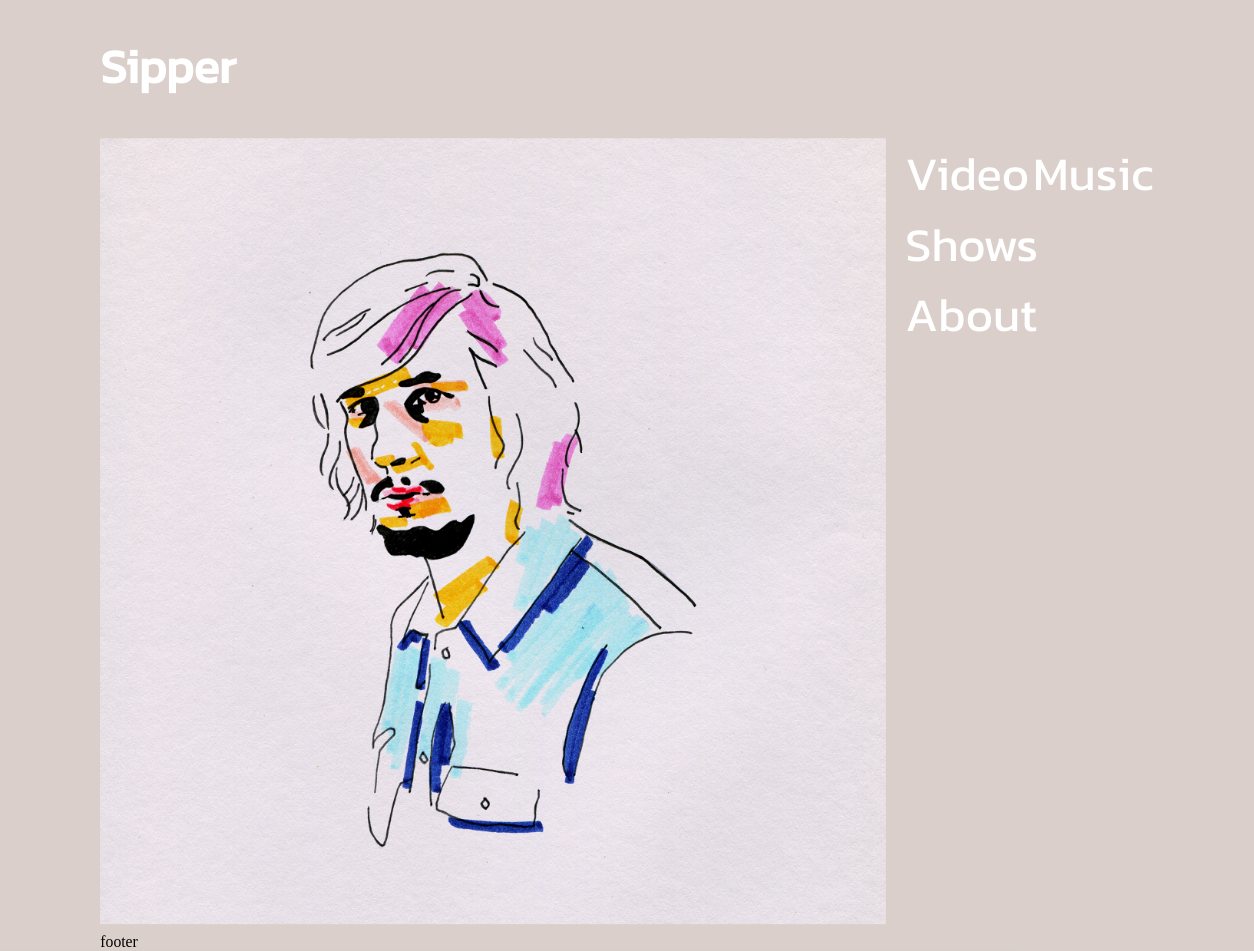
Repository: KrystellBarraza/SipperNYC
Page: home.html
The author's editor kept a copy of each file at every save. The page is drawn from the files as they stood at one save, then again after the next save.
The browser window is 1280 px wide. The pictures show the whole page, at 98% of full size.
Some web libraries are served in a nearby version.

Above is the page before, as saved 2019-08-16 10:26:37.

After the next save:
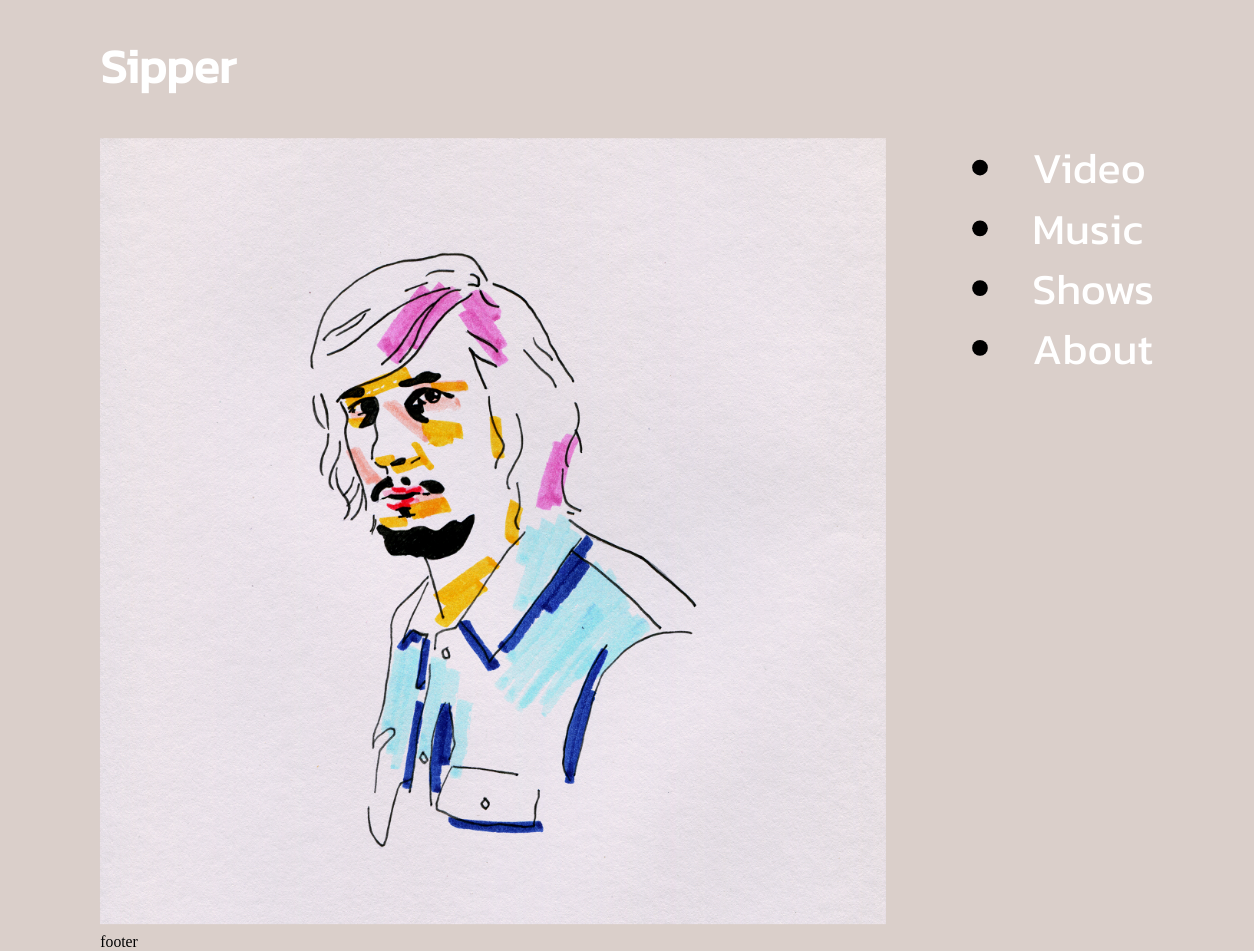
Saved 2 min 53 s later.
--- a/home.html
+++ b/home.html
@@ -42,10 +42,10 @@
             <div class="menu">
                 <div class="flexbox-nav">
                     <nav class="side-Nav">
-                        <a href="#video">Video</a>
-                        <a href="#music">Music</a>
-                        <a href="#shows">Shows</a>
-                        <a href="#about">About</a>
+                        <li><a href="#video">Video</a></li>
+                        <li><a href="#music">Music</a></li>
+                        <li><a href="#shows">Shows</a></li>
+                        <li><a href="#about">About</a></li>
                     </nav>
                 </div>
             </div>

After the save that followed:
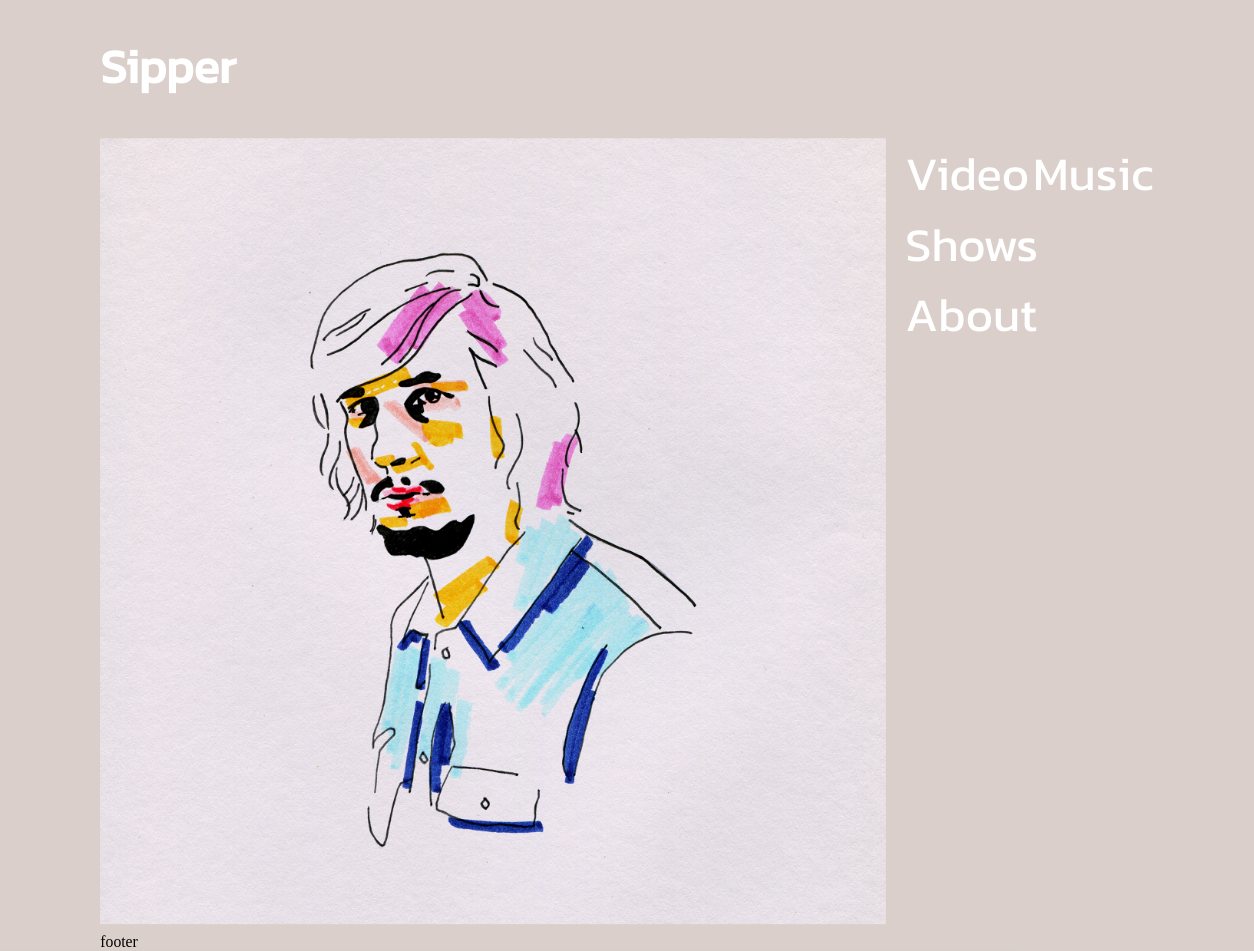
Saved 46 s later.
--- a/home.html
+++ b/home.html
@@ -42,10 +42,10 @@
             <div class="menu">
                 <div class="flexbox-nav">
                     <nav class="side-Nav">
-                        <li><a href="#video">Video</a></li>
-                        <li><a href="#music">Music</a></li>
-                        <li><a href="#shows">Shows</a></li>
-                        <li><a href="#about">About</a></li>
+                        <a href="#video">Video</a>
+                        <a href="#music">Music</a>
+                        <a href="#shows">Shows</a>
+                        <a href="#about">About</a>
                     </nav>
                 </div>
             </div>
